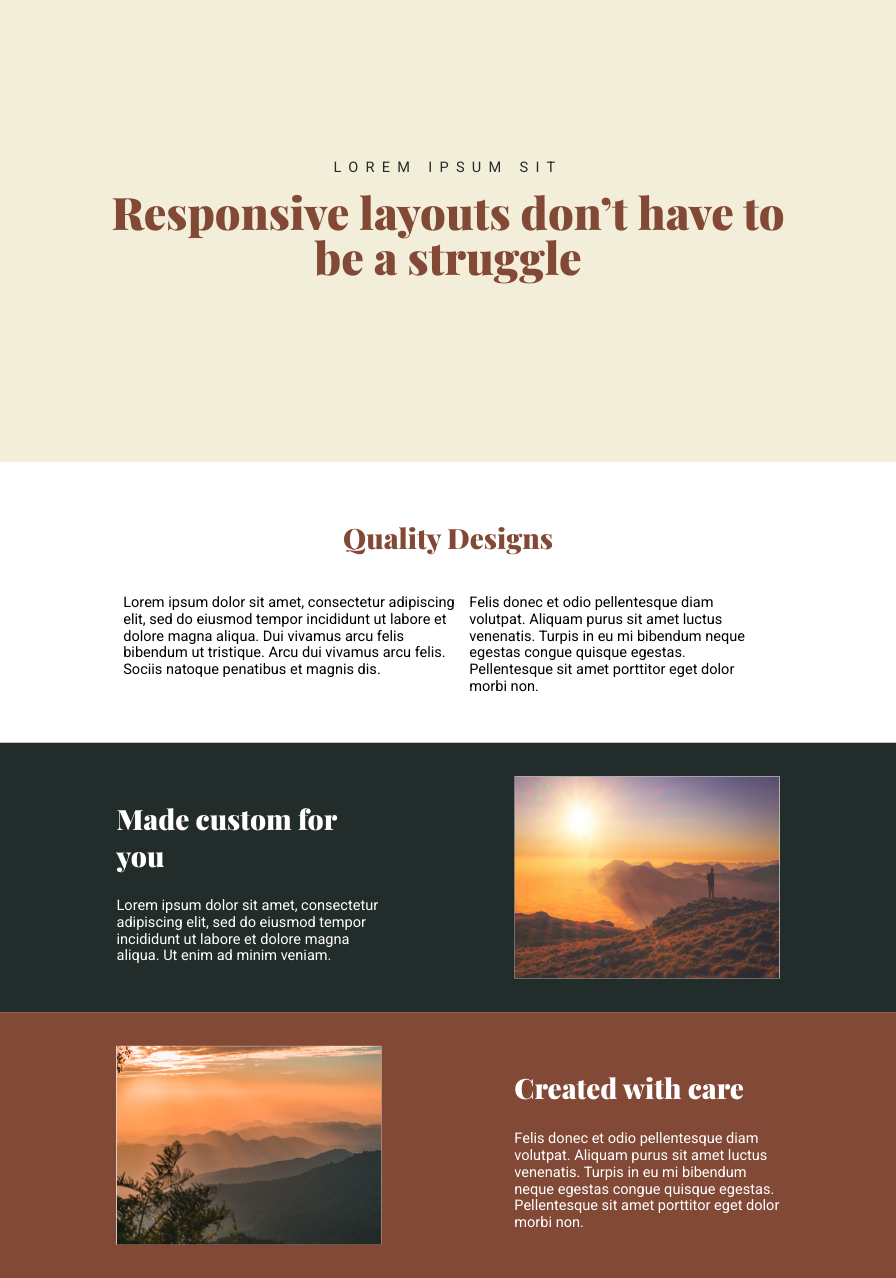
Repository: GregG21/Kevin-Powell-21-day-challange
Page: Day 12/index.html
These files come from the project's save history. The page is drawn as it stood at one moment and after the next save; the edit follows.
The browser window is 1280 px wide. The pictures show the whole page, at 70% of full size.
The style sheet was rebuilt from its Sass, Less or Tailwind sources for each picture, by a compiler version that may differ from the author's.

Above is the page before, as saved 2020-09-12 08:54:38.

### Day 12/index.html
<!DOCTYPE html>
<html lang="en">
  <head>
    <meta charset="UTF-8" />
    <meta name="viewport" content="width=device-width, initial-scale=1.0" />
    <title>Responsive layout</title>
    <link
      href="https://fonts.googleapis.com/css2?family=Playfair+Display:wght@900&family=Roboto:wght@300;400&display=swap"
      rel="stylesheet"
    />
    <link rel="stylesheet" href="/css/style.css" />
  </head>
  <body>
    <section class="hero">
      <div class="container display-flex">
        <div class="hero__text">
          <p>lorem ipsum sit</p>
          <h1>Responsive layouts don’t have to be a struggle</h1>
        </div>
      </div>
    </section>

    <main>
      <section class="container section__one">
        <h2 class="section__title display-flex">Quality Designs</h2>
        <div class="left display-flex">
          <p>
            Lorem ipsum dolor sit amet, consectetur adipiscing elit, sed do
            eiusmod tempor incididunt ut labore et dolore magna aliqua. Dui
            vivamus arcu felis bibendum ut tristique. Arcu dui vivamus arcu
            felis. Sociis natoque penatibus et magnis dis.
          </p>
          <p>
            Felis donec et odio pellentesque diam volutpat. Aliquam purus sit
            amet luctus venenatis. Turpis in eu mi bibendum neque egestas congue
            quisque egestas. Pellentesque sit amet porttitor eget dolor morbi
            non.
          </p>
        </div>
      </section>

      <section class="section__two">
        <div class="container display-flex">
          <div class="section__text section__two--text">
            <h2>Made custom for you</h2>
            <p>
              Lorem ipsum dolor sit amet, consectetur adipiscing elit, sed do
              eiusmod tempor incididunt ut labore et dolore magna aliqua. Ut
              enim ad minim veniam.
            </p>

          </div>
        <img class="section__img" src="/image-01.jpg" alt="sunset" />

        </div>
      </section>

      <section class="section__three ">
        <div class="container display-flex">
        <img class="section__img"  src="/image-02.jpg" loading="lazy" alt="sunset and fog" />

          <div class="section__text section__three--text">
          <h2>Created with care</h2>
          <p>
          Felis donec et odio pellentesque diam volutpat. Aliquam purus sit
          amet luctus venenatis. Turpis in eu mi bibendum neque egestas congue
          quisque egestas. Pellentesque sit amet porttitor eget dolor morbi
          non.
          </p>
        </div>

        </div>
      </section>
    </main>
  </body>
</html>

### Day 12/style.scss
// font-family: 'Playfair Display', serif;

// font-family: 'Roboto', sans-serif;
$brown-color: #824936;
$black-color: #222C2A;
$baige-color: #F3EED9;


*, *::before, *::after {
    box-sizing: border-box;
}

body {
    margin: 0;
    padding: 0;
    font-family: 'Roboto', sans-serif;
}
img {
    max-width: 100%;
    border: 0;
}

h1 {
    font-size: 4rem;
    font-family: 'Playfair Display', serif;
    font-weight: 900;
}
h2 {
    font-size: 2.5rem;
    font-family: 'Playfair Display', serif;
    font-weight: 900;
}
p {
    font-size: 1.3rem;
    font-family: 'Roboto', sans-serif;
    font-weight: 400;
}





.container {
    width: 80%;
    max-width: 1128px;
    margin: 0 auto;
}

.display-flex {
    display: flex;
    justify-content: space-between;
}

.hero {
    background-color: $baige-color;
    color: $brown-color;
    display: flex;
    justify-content: center;
    align-items: center;
    min-height: 660px;

}
.hero__text {
    display: flex;
    flex-direction: column;
    text-align: center;
    line-height: 1;

    h1 {
        margin-top: 0;
    }
    p {
        text-transform: uppercase;
        letter-spacing: .5em;
        color: $black-color;
    }
}

.section__title {
    color: $brown-color;
    justify-content: center;
}
.section__one {
    padding: 3rem;
}
.section__two {
    padding: 3rem;
    background-color: $black-color;
    color: white;
}
.section__three {
    padding: 3rem;
    background-color: $brown-color;
    color: white;

}
.section__img {
    width: 40%;
}

.section__text {
    width: 40%;
}

After the next save:
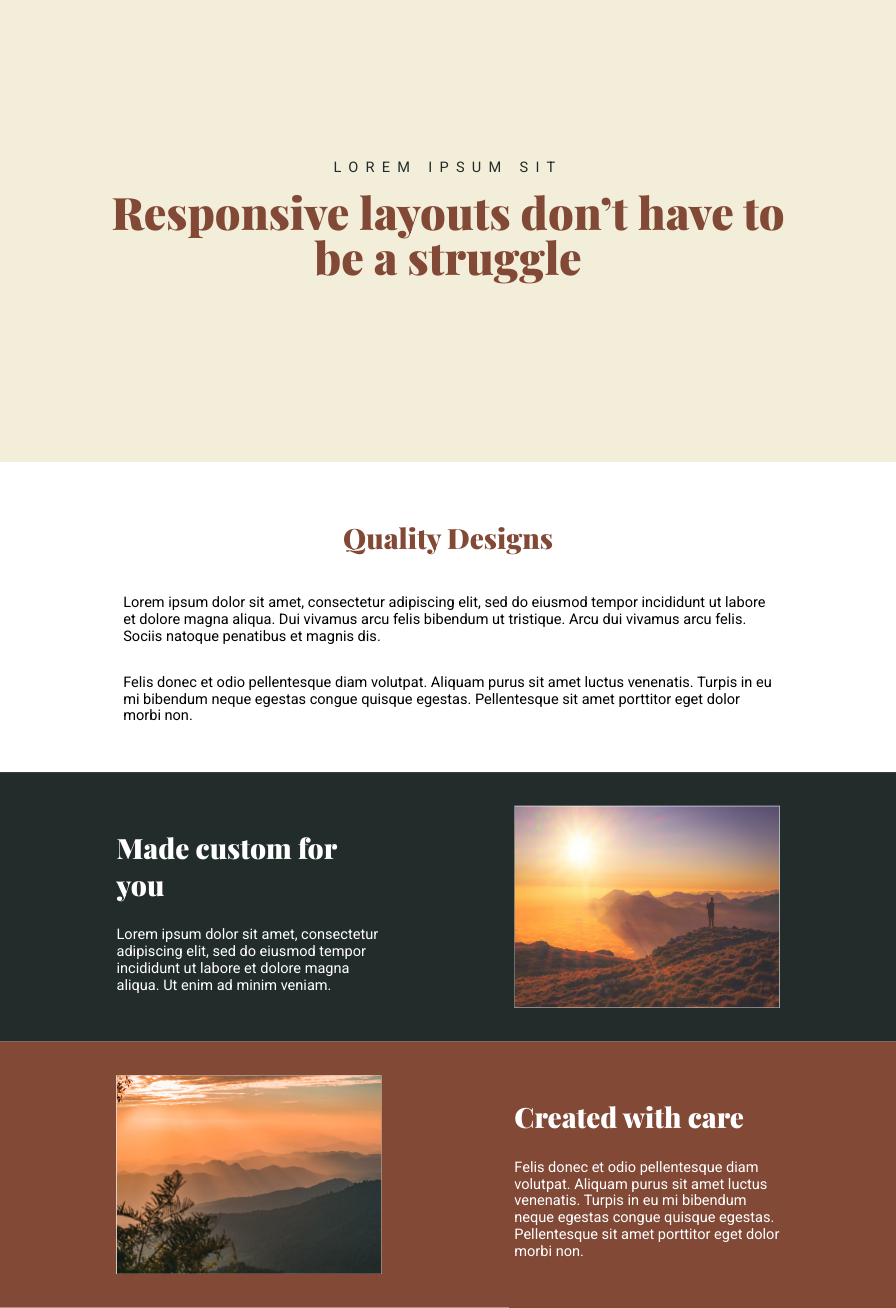
Saved 34 s later.
--- a/Day 12/index.html
+++ b/Day 12/index.html
@@ -30,6 +30,8 @@
             vivamus arcu felis bibendum ut tristique. Arcu dui vivamus arcu
             felis. Sociis natoque penatibus et magnis dis.
           </p>
+        </div>
+        <div class="right display-flex"></div>
           <p>
             Felis donec et odio pellentesque diam volutpat. Aliquam purus sit
             amet luctus venenatis. Turpis in eu mi bibendum neque egestas congue
